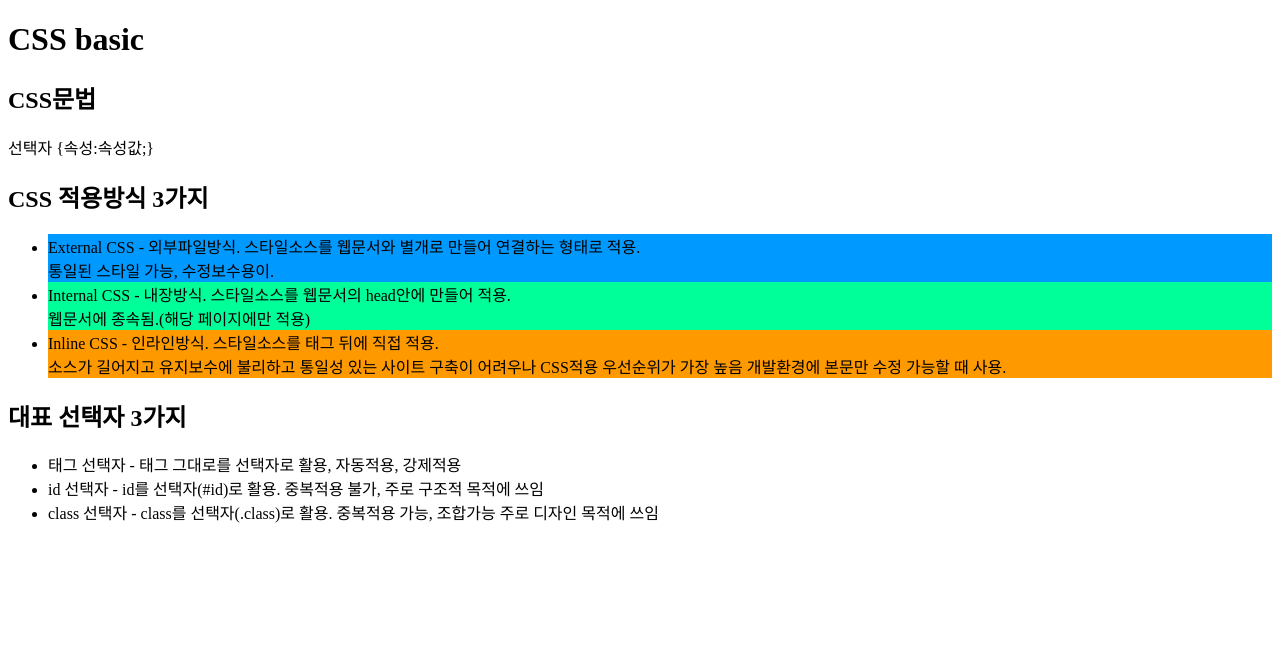
Repository: Git-Seokcoding/WEB
Page: CSS3/src/main/webapp/basic.html
The author's editor kept a copy of each file at every save. The page is drawn from the files as they stood at one save, then again after the next save.
The browser window is 1280 px wide. The pictures show the whole page.

Above is the page before, as saved 2023-10-12 08:11:34.

### CSS3/src/main/webapp/basic.html
<!DOCTYPE html>
<html>
<head>
<meta charset="UTF-8">
<title>CSS basic</title>
	<link href="basic.css" rel="stylesheet">
	<!--external css방식-->

	<style type="text/css">
	/*internal css방식 */
		#in {background-color:#0f9;}
	</style>
</head>
<body>
	<h1>CSS basic</h1>
	<h2>CSS문법</h2>
	<p>선택자 {속성:속성값;}</p>

	<h2>CSS 적용방식 3가지</h2>
	<ul>
		<li id="ex">External CSS
		- 외부파일방식. 스타일소스를 웹문서와 별개로 만들어 연결하는 형태로 적용. <br>
		  통일된 스타일 가능, 수정보수용이.</li>
		<li id="in">Internal CSS
		- 내장방식. 스타일소스를 웹문서의 head안에 만들어 적용.<br>
		  웹문서에 종속됨.(해당 페이지에만 적용)</li>
		<li style="background-color: #f90;">Inline CSS
		<!--Inline css방식 -->
		- 인라인방식. 스타일소스를 태그 뒤에 직접 적용. <br>
		  소스가 길어지고 유지보수에 불리하고 통일성 있는 사이트 구축이 어려우나 CSS적용 우선순위가 가장 높음
		  개발환경에 본문만 수정 가능할 때 사용.</li>
	</ul>

	<h2>대표 선택자 3가지</h2>
	<ul>
	<li>태그 선택자  - 태그 그대로를 선택자로 활용, 자동적용, 강제적용</li>
	<li>id 선택자 - id를 선택자(#id)로 활용. 중복적용 불가, 주로 구조적 목적에 쓰임</li>
	<li>class 선택자 - class를 선택자(.class)로 활용. 중복적용 가능, 조합가능 주로 디자인 목적에 쓰임</li>
	</ul>
</body>
</html>

### CSS3/src/main/webapp/basic.css
@charset "UTF-8";
#ex {background-color: #09f;}

After the next save:
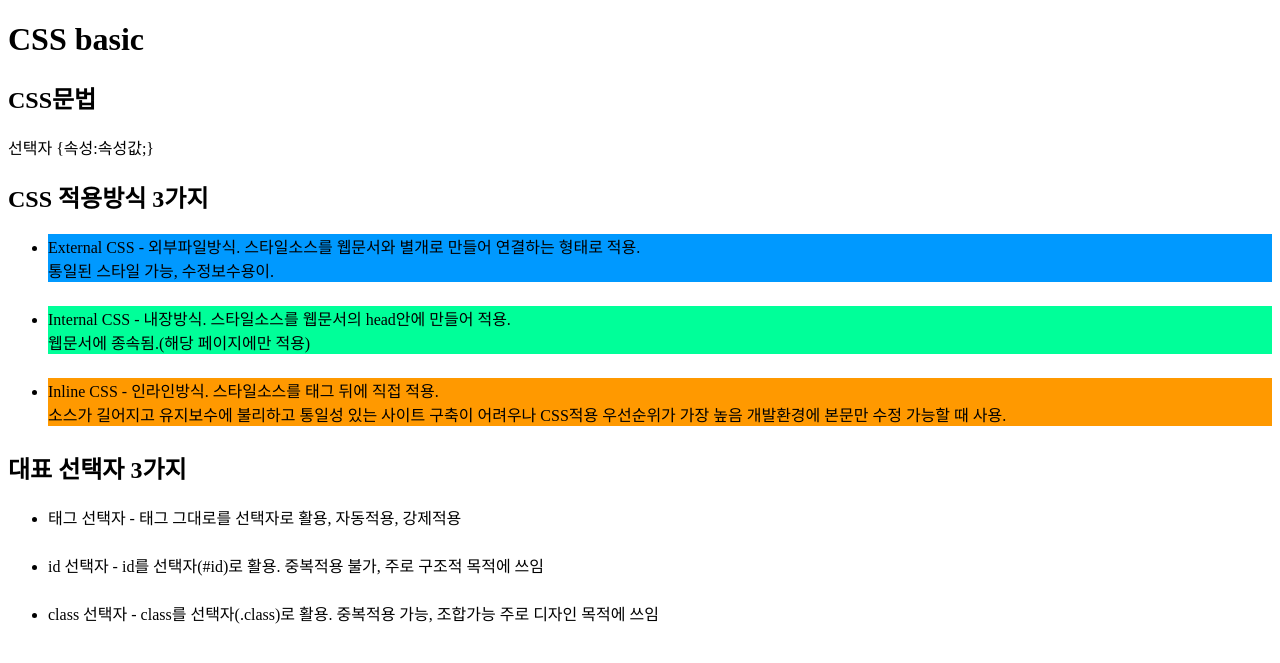
Saved 3 min 2 s later.
--- a/CSS3/src/main/webapp/basic.html
+++ b/CSS3/src/main/webapp/basic.html
@@ -8,6 +8,7 @@
 
 	<style type="text/css">
 	/*internal css방식 */
+		li {margin-bottom: 1.5em;}
 		#in {background-color:#0f9;}
 	</style>
 </head>
